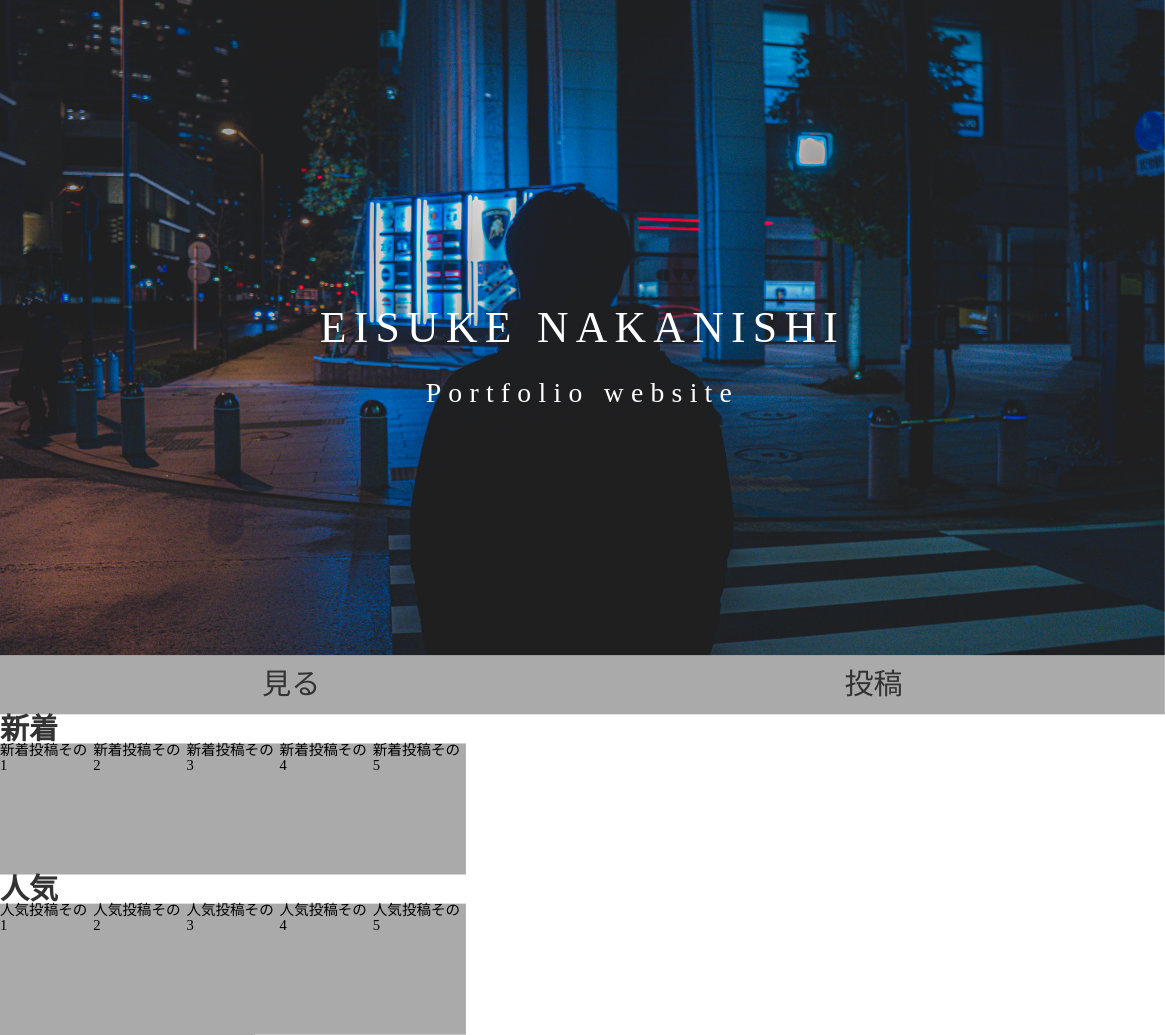
Repository: KustomApe/LandorusInc
Page: index.html
The author's editor kept a copy of each file at every save. The page is drawn from the files as they stood at one save, then again after a run of saves.
The browser window is 1280 px wide. The pictures show the whole page, at 91% of full size.

Above is the page before, as saved 2021-07-24 13:14:31.

After the next 2 saves:
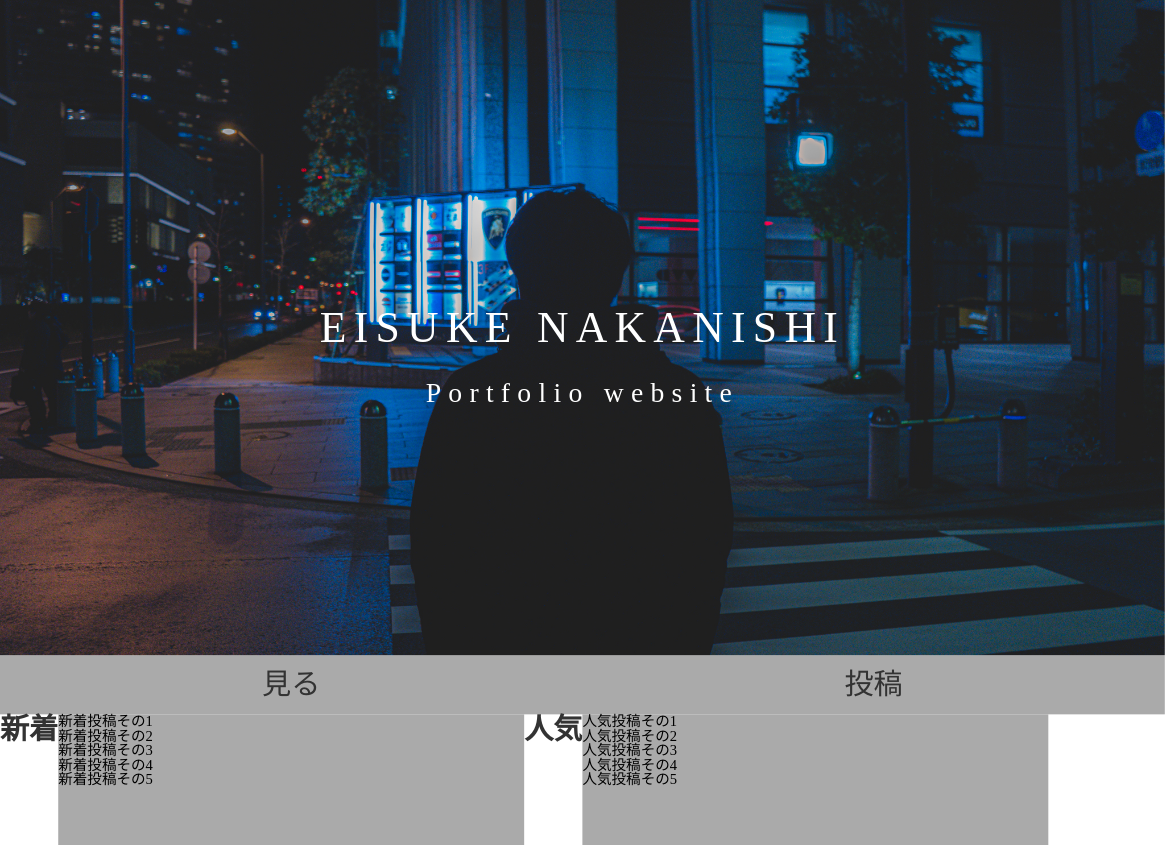
The 2 saves are shown as one change because they came seconds apart.
The last was saved 15 s later.
--- a/assets/css/style.css
+++ b/assets/css/style.css
@@ -64,6 +64,10 @@ div.contents ul#main_btn li {
     text-align: center;
 }
 
+div#topic {
+    display: flex;
+}
+
 div#topic h2 {
     font-size: 2rem;
     color: #333;
@@ -71,7 +75,6 @@ div#topic h2 {
 
 ul.topics {
     list-style: none;
-    display: flex;
     width: 40%;
     height: 20vh;
     background: #aaa;
